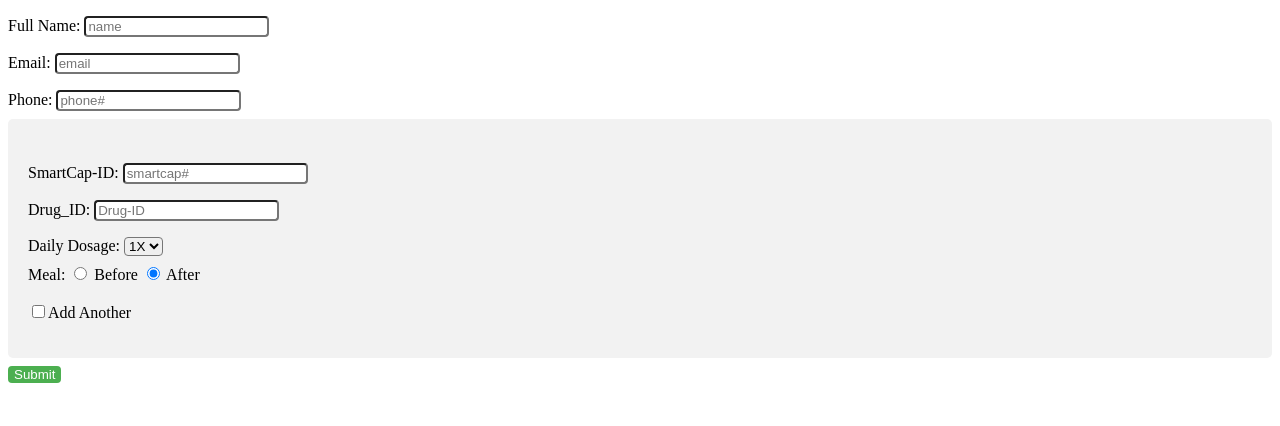
Repository: abhibroto0402/smartcap-service-node
Page: index.html
The author's editor kept a record of every edit. The page is drawn from the files as they stood at one moment, then again after the next edit.
The browser window is 1280 px wide. The pictures show the whole page.

Above is the page before.

After the next edit:
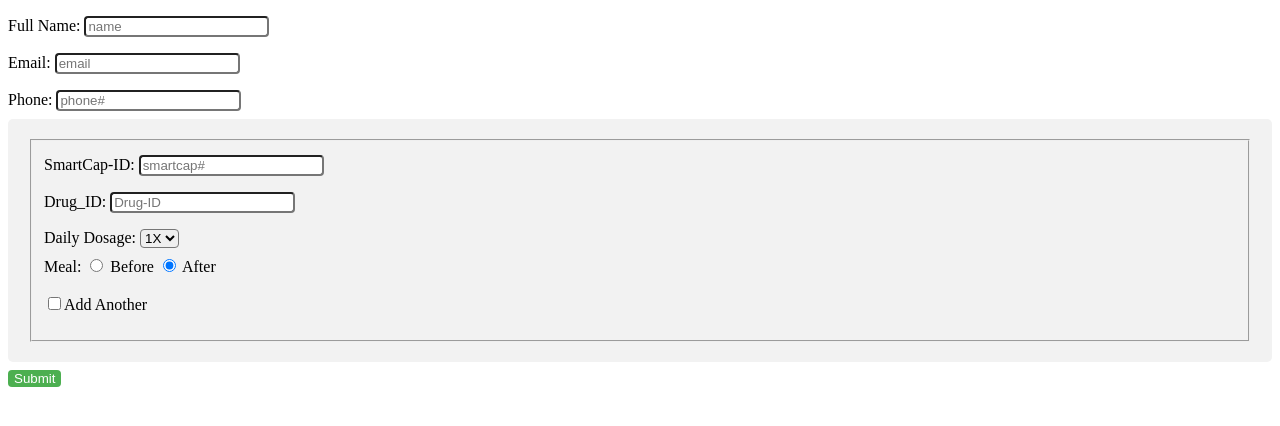
The edit:
--- a/index.html
+++ b/index.html
@@ -76,7 +76,7 @@
     Email: <input type="email" placeholder="email" name="email" onblur="checkTextField(this)"><br>
     Phone: <input type="text" placeholder="phone#" name="phone" onblur="checkTextField(this)"><br>
     <div id="files">
-        <p>
+        <fieldset >
             SmartCap-ID: <input type="text" placeholder="smartcap#" name="smartcap" onblur="checkTextField(this)"> <br>
             Drug_ID: <input type="text" placeholder="Drug-ID" name="smartcap" id="drug_id" onblur="checkTextField(this)"><br>
             Daily Dosage: <select name="smartcap" id="Drug_ID">
